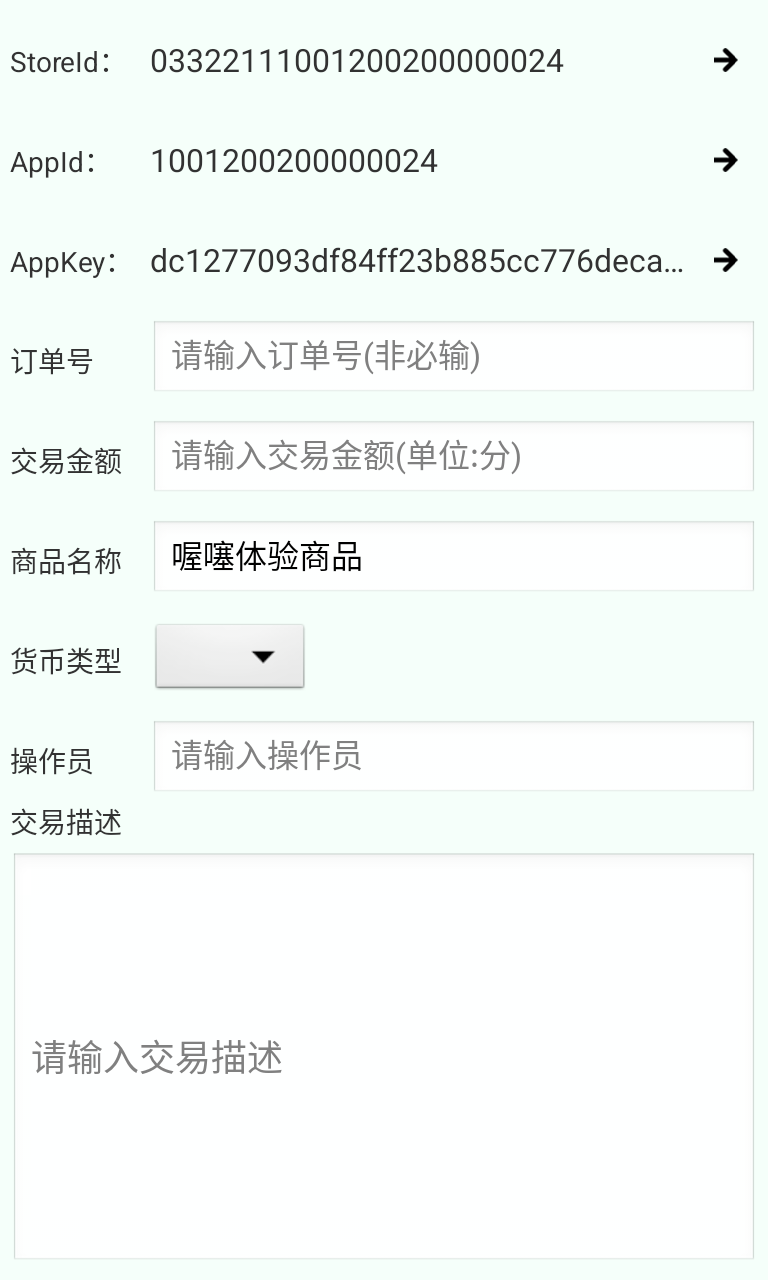
Repository: blanks1314/sysnc_android
Layout: UpayDemo/res/layout/fragment_setting.xml
An editor plug-in stored every save of this project. The layout is shown before and after the next save, followed by the edit.
It is drawn on a 768 x 1280 px phone screen (xhdpi) without system bars, with theme AppTheme; the app's code is not run.

Above is the layout before, as saved 2015-04-28 10:07:18.

### UpayDemo/res/layout/fragment_setting.xml
<?xml version="1.0" encoding="utf-8"?>
<LinearLayout xmlns:android="http://schemas.android.com/apk/res/android"
    android:layout_width="match_parent"
    android:layout_height="match_parent"
    android:orientation="vertical"
    android:background="@color/text_result" >

    <LinearLayout style="@style/linear_style_1" >

        <TextView
            android:layout_width="70dp"
            android:layout_height="wrap_content"
            android:text="@string/storeid_" />

        <TextView
            android:id="@+id/tv_storeId"
            style="@style/text_style_1"
            android:text="@string/_03322111001200200000024" />

        <ImageView
            style="@style/img_btn_1"
            android:contentDescription="@null"
            android:src="@drawable/arrow_right" />
    </LinearLayout>

    <LinearLayout style="@style/linear_style_1" >

        <TextView
            android:layout_width="70dp"
            android:layout_height="wrap_content"
            android:text="@string/appid_" />

        <TextView
            android:id="@+id/tv_appId"
            style="@style/text_style_1"
            android:text="@string/_1001200200000024" />

        <ImageView
            style="@style/img_btn_1"
            android:contentDescription="@null"
            android:src="@drawable/arrow_right" />
    </LinearLayout>

    <LinearLayout style="@style/linear_style_1" >

        <TextView
            android:layout_width="70dp"
            android:layout_height="wrap_content"
            android:text="@string/appkey_" />

        <TextView
            android:id="@+id/tv_appKey"
            style="@style/text_style_1"
            android:ellipsize="end"
            android:singleLine="true"
            android:text="@string/dc1277093df84ff23b885cc776deca13" />

        <ImageView
            style="@style/img_btn_1"
            android:contentDescription="@null"
            android:src="@drawable/arrow_right" />
    </LinearLayout>

    <LinearLayout style="@style/linear_style_1" >

        <TextView
            android:layout_width="70dp"
            android:layout_height="wrap_content"
            android:text="@string/_orderid" />

        <EditText
            android:id="@+id/tv_orderId"
            style="@style/edit_style_1"
            android:hint="@string/input_orderid" />
    </LinearLayout>

    <LinearLayout style="@style/linear_style_1" >

        <TextView
            android:layout_width="70dp"
            android:layout_height="wrap_content"
            android:text="@string/amount" />

        <EditText
            android:id="@+id/tv_amount"
            style="@style/edit_style_1"
            android:hint="@string/input_amount" />
    </LinearLayout>

    <LinearLayout style="@style/linear_style_1" >

        <TextView
            android:layout_width="70dp"
            android:layout_height="wrap_content"
            android:text="@string/subject" />

        <EditText
            android:id="@+id/tv_subject"
            style="@style/edit_style_1"
            android:text="@string/input_subject" />
    </LinearLayout>

    <LinearLayout style="@style/linear_style_1" >

        <TextView
            android:layout_width="70dp"
            android:layout_height="wrap_content"
            android:text="@string/currtype" />

        <Spinner
            android:id="@+id/spn_currType"
            style="@style/spn_style_1" />
    </LinearLayout>

    <LinearLayout style="@style/linear_style_1" >

        <TextView
            android:layout_width="70dp"
            android:layout_height="wrap_content"
            android:text="@string/operator" />

        <EditText
            android:id="@+id/tv_operator"
            style="@style/edit_style_1"
            android:hint="@string/input_operator" />
    </LinearLayout>

    <TextView
        android:layout_width="70dp"
        android:layout_height="wrap_content"
        android:layout_marginLeft="5dp"
        android:text="@string/remark" />

    <EditText
        android:id="@+id/tv_remark"
        android:layout_width="match_parent"
        android:layout_height="0dp"
        android:layout_margin="5dp"
        android:layout_weight="1"
        android:hint="@string/input_remark" />

</LinearLayout>

### UpayDemo/res/values/styles.xml
<resources xmlns:android="http://schemas.android.com/apk/res/android">

    <!--
        Base application theme, dependent on API level. This theme is replaced
        by AppBaseTheme from res/values-vXX/styles.xml on newer devices.




    -->
    <style name="AppBaseTheme" parent="Theme.AppCompat.Light">
        <!--
            Theme customizations available in newer API levels can go in
            res/values-vXX/styles.xml, while customizations related to
            backward-compatibility can go here.




        -->
    </style>

    <!-- Application theme. -->
   <!--  <style name="AppTheme" parent="AppBaseTheme">
        All customizations that are NOT specific to a particular API-level can go here.
    </style> -->

    <style name="AppTheme" parent="Theme.AppCompat.Light">
        <item name="tabView">@style/TabView</item>
        <item name="tabPageIndicator">@style/TabIndicator</item>
    </style>

    <style name="TabIndicator" />

    <style name="TabView">
        <item name="android:addStatesFromChildren">true</item>
        <item name="android:orientation">vertical</item>
        <item name="android:gravity">bottom|center_horizontal</item>
        <item name="android:layout_width">0dp</item>
        <item name="android:background">@android:color/white</item>
        <item name="android:layout_height">match_parent</item>
    </style>

    <style name="text_style_1">
        <item name="android:textSize">16sp</item>
        <item name="android:layout_width">0dp</item>
        <item name="android:layout_weight">1</item>
        <item name="android:layout_height">fill_parent</item>
        <item name="android:gravity">center_vertical</item>
        <item name="android:ellipsize">marquee</item>
        <item name="android:singleLine">true</item>
    </style>
    <style name="edit_style_1">
        <item name="android:textSize">16sp</item>
        <item name="android:layout_width">0dp</item>
        <item name="android:layout_weight">1</item>
        <item name="android:layout_height">fill_parent</item>
        <item name="android:gravity">center_vertical</item>
    </style>

    <style name="spn_style_1">
        <item name="android:textSize">10sp</item>
        <item name="android:layout_width">wrap_content</item>
        <item name="android:layout_height">fill_parent</item>
    </style>

    <style name="linear_style_1">
        <item name="android:layout_width">match_parent</item>
        <item name="android:gravity">center_vertical</item>
        <item name="android:layout_height">40dp</item>
        <item name="android:orientation">horizontal</item>
        <item name="android:layout_marginLeft">5dp</item>
        <item name="android:layout_marginRight">5dp</item>
        <item name="android:layout_marginTop">10dp</item>
    </style>

    <style name="img_btn_1">
        <item name="android:layout_width">wrap_content</item>
        <item name="android:layout_height">wrap_content</item>
        <item name="android:padding">10dp</item>

    </style>


    <style name="btn_style_1">
        <item name="android:layout_width">200dp</item>
        <item name="android:layout_height">wrap_content</item>
        <item name="android:background">@drawable/btn_selecter</item>
        <item name="android:textColor">@color/white</item>
        <item name="android:layout_marginTop">10dp</item>
    </style>

</resources>

### UpayDemo/res/values/attrs.xml
<?xml version="1.0" encoding="utf-8"?>
<resources>
    <declare-styleable name="TabView">
        <attr name="tabPageIndicator" format="reference" />
        <attr name="tabView" format="reference" />
    </declare-styleable>

    <string-array name="currTypes">
        <item >RMB(156)</item>
    </string-array>
</resources>

### UpayDemo/res/values/color.xml
<?xml version="1.0" encoding="utf-8"?>
<resources>

    <color name="white">#FFFFFF</color>
    <color name="tab_text_normal">#696969</color>
    <color name="tab_text_selected">#73bf40</color>
    <color name="btn_selecter_1">#3CB371</color>
    <color name="btn_selecter_2">#FFA500</color>
    <color name="text_result">#F5FFFA</color>

</resources>

### UpayDemo/res/values/strings.xml
<?xml version="1.0" encoding="utf-8"?>
<resources>

    <string name="app_name">UpayDemo</string>
    <string name="hello_world">Hello world!</string>
    <string name="storeid_">StoreId：</string>
    <string name="_03322111001200200000024">03322111001200200000024</string>
    <string name="appid_">AppId：</string>
    <string name="_1001200200000024">1001200200000024</string>
    <string name="appkey_">AppKey：</string>
    <string name="dc1277093df84ff23b885cc776deca13">dc1277093df84ff23b885cc776deca13</string>
    <string name="_orderid">订单号</string>
    <string name="input_orderid">请输入订单号(非必输)</string>
    <string name="amount">交易金额</string>
    <string name="input_amount">请输入交易金额(单位:分)</string>
    <string name="subject">商品名称</string>
    <string name="input_subject">喔噻体验商品</string>
    <string name="currtype">货币类型</string>
    <string name="operator">操作员</string>
    <string name="input_operator">请输入操作员</string>
    <string name="remark">交易描述</string>
    <string name="input_remark">请输入交易描述</string>

</resources>

Loaded but not shown: UpayDemo/res/values-v11/styles.xml (common file); UpayDemo/res/values-v14/styles.xml (common file); UpayDemo/res/values/values.xml (657 lines, source omitted)

After the next save:
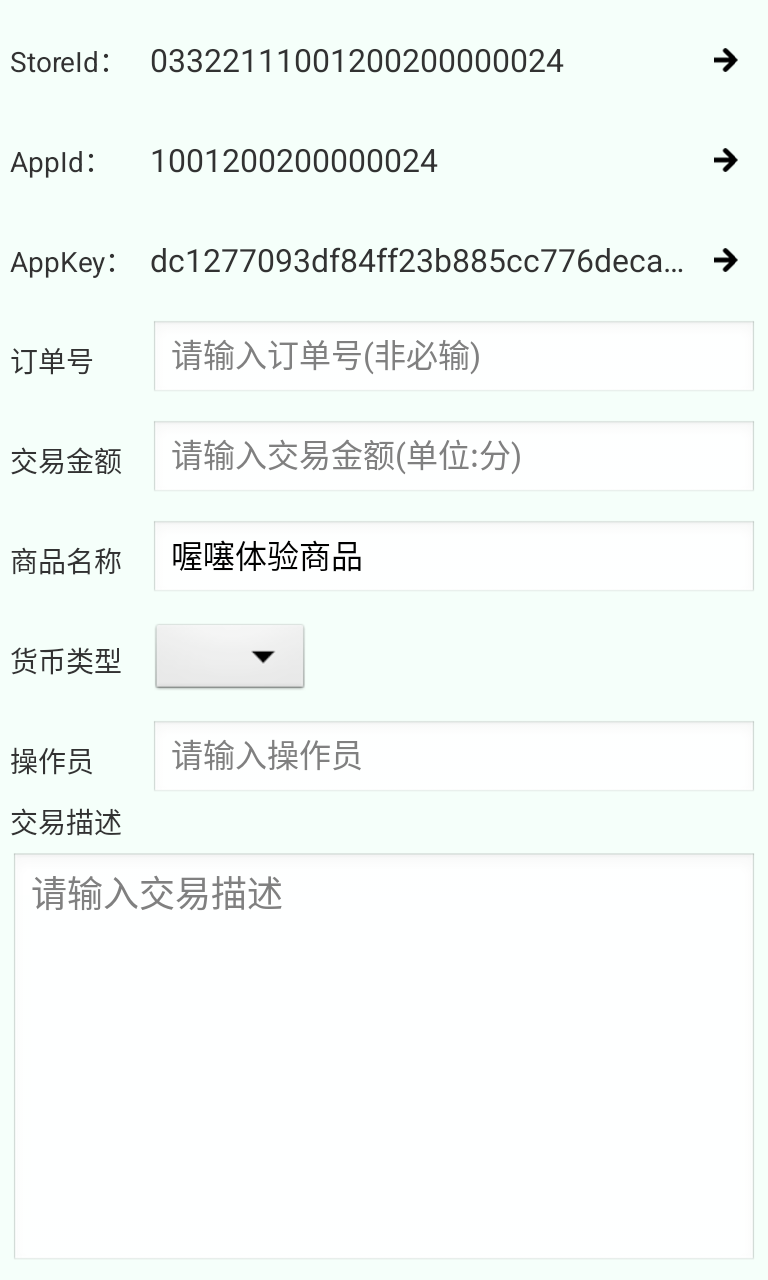
Saved 12 min 10 s later.
--- a/UpayDemo/res/layout/fragment_setting.xml
+++ b/UpayDemo/res/layout/fragment_setting.xml
@@ -2,8 +2,8 @@
 <LinearLayout xmlns:android="http://schemas.android.com/apk/res/android"
     android:layout_width="match_parent"
     android:layout_height="match_parent"
-    android:orientation="vertical"
-    android:background="@color/text_result" >
+    android:background="@color/text_result"
+    android:orientation="vertical" >
 
     <LinearLayout style="@style/linear_style_1" >
 
@@ -137,6 +137,8 @@
         android:layout_height="0dp"
         android:layout_margin="5dp"
         android:layout_weight="1"
-        android:hint="@string/input_remark" />
+        android:gravity="left|top"
+        android:hint="@string/input_remark"
+        android:inputType="textMultiLine" />
 
 </LinearLayout>
